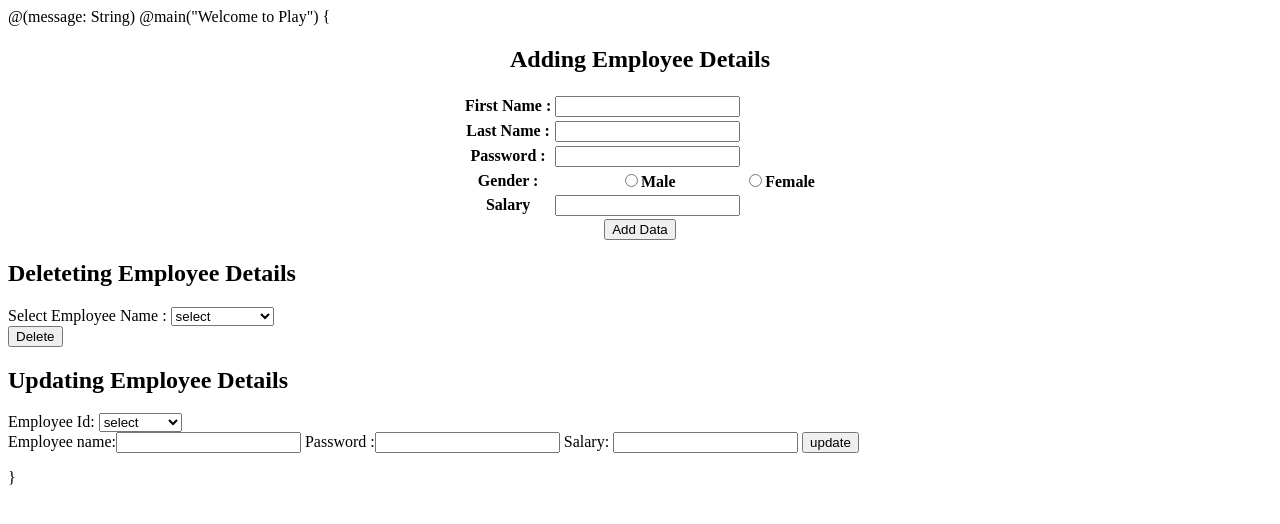
Repository: PoonamDeokar/SalesTool
Page: CrudDemo/app/views/index.scala.html
These files come from the project's save history. The page is drawn as it stood at one moment and after the next save; the edit follows.
The browser window is 1280 px wide. The pictures show the whole page.

Above is the page before, as saved 2016-09-16 06:35:20.

### CrudDemo/app/views/index.scala.html

@(message: String)

@main("Welcome to Play") {


  	<form action ="@routes.HomeController.addEmp()" method="post">

    	<center>
    	<h2>Adding Employee Details </h2>
    	<table>
    	<tr>
    		<th>First Name :</th>
    		<th><input type="text" name="fname"></th>
    	</tr>
    	<tr>
    		<th>Last Name :</th>
    		<th><input type="text" name="lname"></th>
    	</tr>
    	<tr>
    		<th>Password :</th>
    		<th><input type="password" name="pass"></th>
    	</tr>
    	<tr>
    		<th>Gender :</th>
    		<th><input type="radio" name="gen" value="male">Male<br></th>
    		<th><input type="radio" name="gen" value="fmale">Female<br></th>
    	</tr>
    	<tr>
    		<th>Salary</th>
    		<th><input type="text" name="sal"></th>
    	</tr>

    	 </table>
    	 <input type="submit"  value="Add Data"/>
    	</center>
    </form>

    <from action="@routes.HomeController.deleteEmp()" method="post">
    <h2>Deleteting Employee Details</h2>

    Select Employee Name : <select fname="fname">
    <option value="0">select</option>
    @for(emp<-Employee.find.all){
    	<option value=@emp.fname>@emp.fname</option>
    }
    </select><br>
    <input type="submit" value="Delete"/>

    </from>

    <form action="@routes.HomeController.updateEmp()" method="get">
    <h2>Updating Employee Details</h2>
    Employee Id: <select eid="eid">
    	<option value="0">select</option>
    	@for(emp<-Employee.find.all){
    		<option value=@emp.eid>@emp.eid</option>
    	}
    </select><br>
    Employee name:<input type="text" name="fname"/>
    Password :<input type="password" name="pass"/>
    Salary: <input type="text" name="sal"/>
    <input type="submit" value="update"/>

    </form>

}

After the next save:
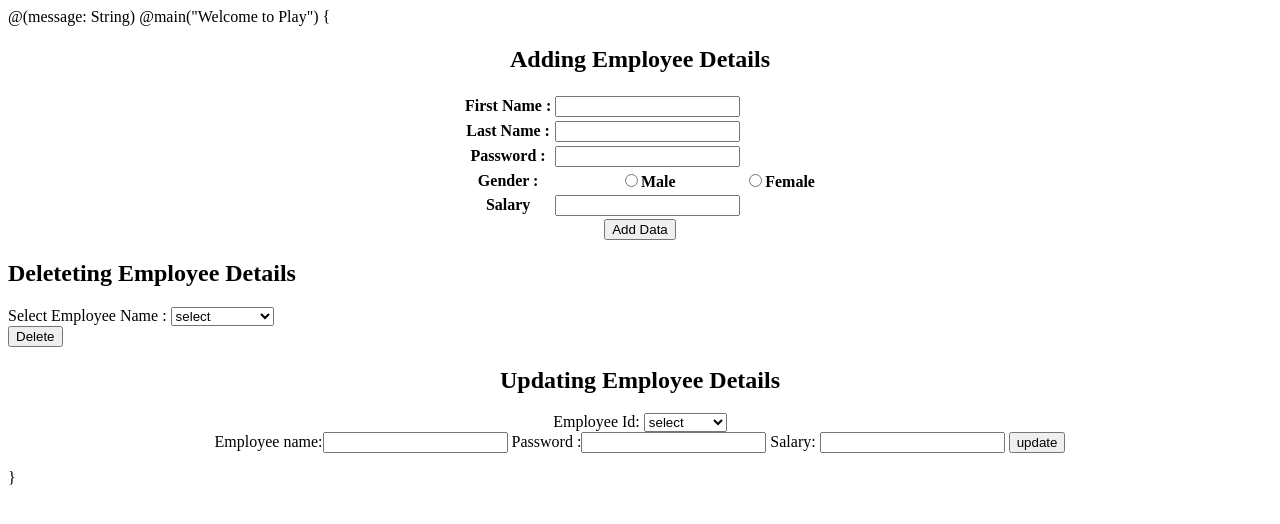
Saved 2 min 26 s later.
--- a/CrudDemo/app/views/index.scala.html
+++ b/CrudDemo/app/views/index.scala.html
@@ -50,6 +50,7 @@
     </from>
 
     <form action="@routes.HomeController.updateEmp()" method="get">
+    <center>
     <h2>Updating Employee Details</h2>
     Employee Id: <select eid="eid">
     	<option value="0">select</option>
@@ -61,7 +62,7 @@
     Password :<input type="password" name="pass"/>
     Salary: <input type="text" name="sal"/>
     <input type="submit" value="update"/>
-
+	</center>
     </form>
 
 }
